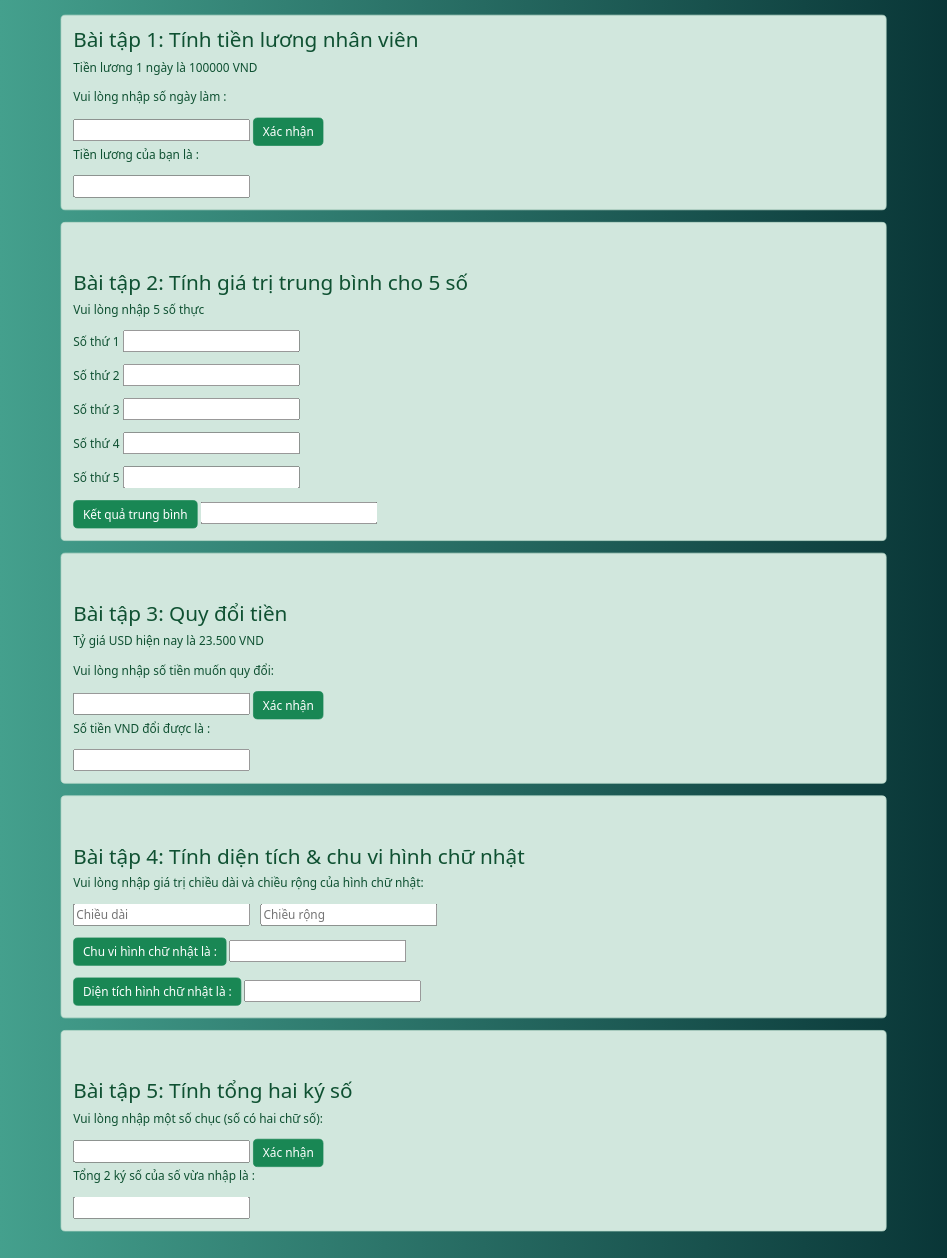
Repository: hcozyph/TranHuuPhuoc_BC43_BT_JS_Buoi2
Page: index.html
An editor plug-in stored every save of this project. The page is shown before and after the next save, followed by the edit.
The browser window is 1280 px wide. The pictures show the whole page, at 74% of full size.

Above is the page before, as saved 2023-02-03 20:29:01.

After the next save:
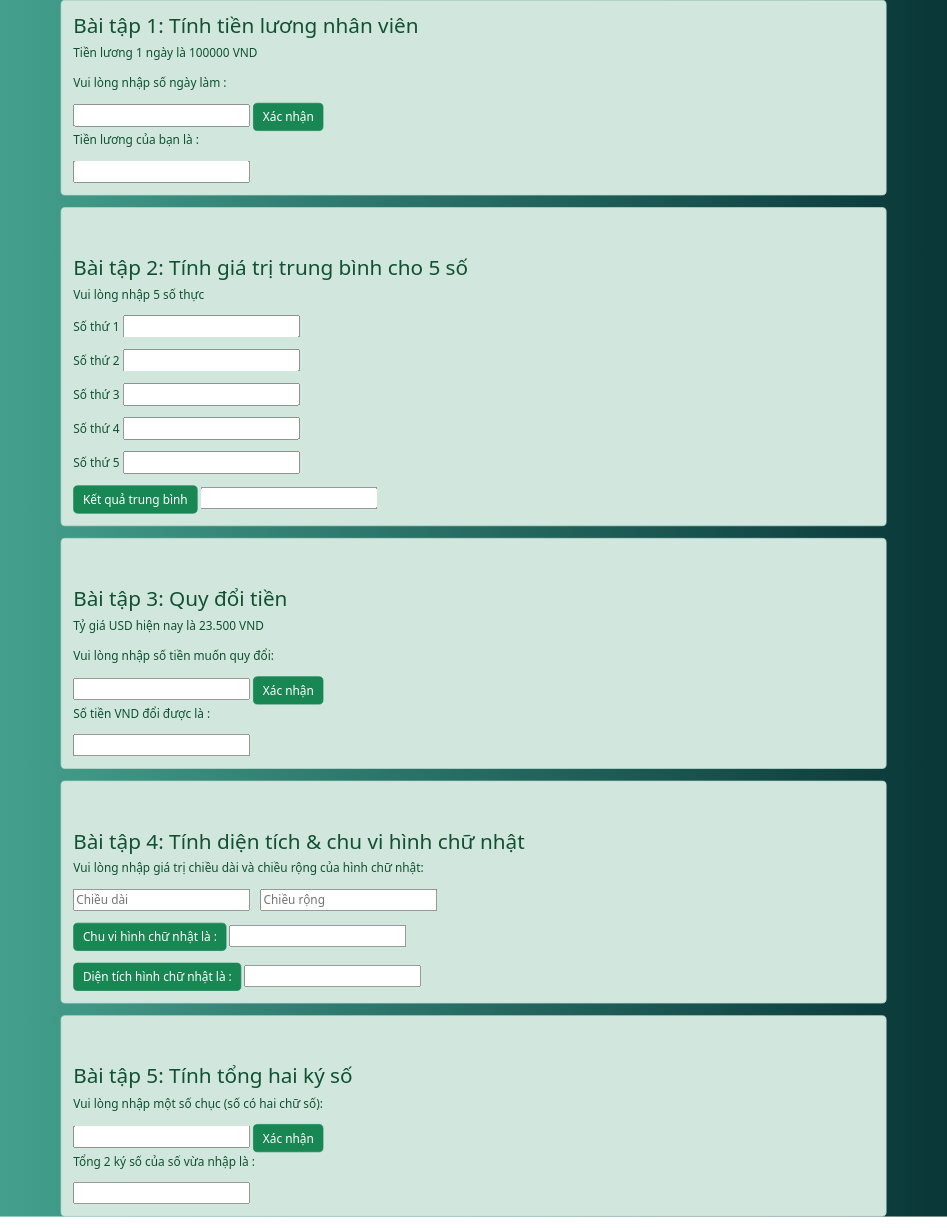
Saved 19 s later.
--- a/style/index.css
+++ b/style/index.css
@@ -3,5 +3,4 @@
     background-repeat: no-repeat;
     background-size: cover;
     margin: 0 auto;
-    padding: 20px 20px;
 }
